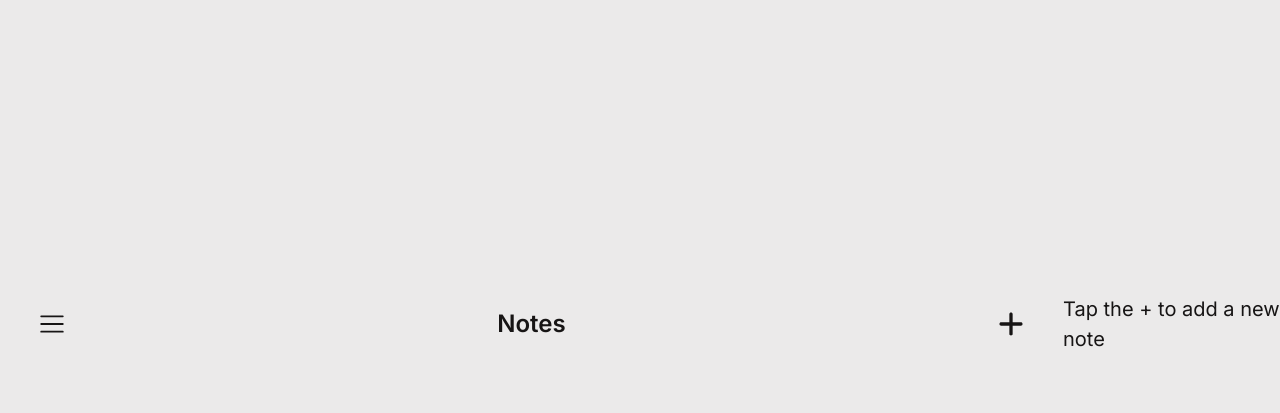
Repository: IdaHolmen/notes
Page: index.html
An editor plug-in stored every save of this project. The page is shown before and after the next save, followed by the edit.
The browser window is 1280 px wide. The pictures show the whole page.

Above is the page before, as saved 2024-10-27 18:42:09.

### index.html
<!DOCTYPE html>
<html lang="en">
    <head>
        <meta charset="UTF-8" />
        <meta name="viewport" content="width=device-width, initial-scale=1.0" />
        <title>Notes</title>

        <link rel="stylesheet" href="./css/reset.css" />
        <link rel="stylesheet" href="./css/style.css" />
    </head>
    <body>
        <main class="main-container">
            <section class="default-container">
                <header class="notes-header">
                    <button class="hamburger-button header-buttons">
                        <img src="./assets/hamburger.svg" alt="Hamburger menu" class="hamburger-image header-images" />
                    </button>
                    <h1 class="headline">Notes</h1>
                    <button class="add-notes-button header-buttons">
                        <img
                            src="./assets/plus.svg"
                            alt="A plus sign to add notes"
                            class="add-notes-image header-images"
                        />
                    </button>
                </header>
                <div class="deafult-text-container">
                    <p class="default-text">Tap the + to add a new note</p>
                </div>
            </section>

            <section class="hamburger-menu">
                <div class="hamburger-header">
                    <h2 class="headline">Settings</h2>
                    <button class="exit-button header-buttons">
                        <img src="./assets/exit.svg" alt="Exit button" class="exit-image" />
                    </button>
                </div>

                <div class="hamburger-main-container">
                    <div class="mode-container">
                        <p class="mode-text">Light mode</p>

                        <label class="switch">
                            <input type="checkbox" />
                            <span class="slider round"></span>
                        </label>

                        <p class="mode-text">Dark mode</p>
                    </div>
                </div>
            </section>
        </main>
        <script src="app.js"></script>
    </body>
</html>

### css/reset.css
*, *::before, *::after {
	box-sizing: border-box;
  }

* {
	margin: 0;
	padding: 0;
}

body {
	line-height: 1.5;
	-webkit-font-smoothing: antialiased;
}

img, picture, video, canvas, svg {
	display: block;
	max-width: 100%;
}

input, textarea, select {
	font: inherit;
}

p, h1, h2, h3, h4, h5, h6 {
	overflow-wrap: break-word;
}

#root, #__next {
	isolation: isolate;
}

button {
	font: inherit;
	background: transparent;
	border: none;
	cursor: pointer;
	touch-action: manipulation;
}

a {
	color: inherit;
	text-decoration: none;
}

### css/style.css
@import url('https://fonts.googleapis.com/css2?family=Inter:ital,opsz,wght@0,14..32,100..900;1,14..32,100..900&display=swap');

:root {
    --primary-color: #ebeaea;
    --secondary-color: #171515;
    --dark-card-color: #3c3c3c;
    --light-card-color: #f0edc7;
}

body {
    width: 100%;
    height: 100vh;
    background-color: var(--primary-color);
    color: var(--secondary-color);
    font-family: 'Inter';
}

.notes-header {
    width: 100%;
    height: 10%;
    display: flex;
    flex-direction: row;
    align-items: center;
    justify-content: space-between;
    padding: 1rem 2rem;
}

.headline {
    font-size: 1.5rem;
    font-weight: 600;
}

.header-buttons {
    width: 2.5rem;
    height: 2.5rem;
    border-radius: 50%;
    display: flex;
    justify-content: center;
    align-items: center;
}

.header-buttons:hover {
    background-color: #d9d9d9;
}

.header-buttons:active {
    background-color: #a5a5a5;
}

.header-images {
    width: 1.5rem;
    height: 1.5rem;
}

.main-container {
    width: 100%;
    height: 90%;
}

.default-container {
    width: 100%;
    height: 100%;
    display: flex;
    justify-content: center;
    align-items: center;
}

.default-text {
    font-size: 1.25rem;
}

/* ------------ HAMBURGER MENU ------------  */
.hamburger-menu {
    width: 100%;
    height: 100vh;
    display: none;
    flex-direction: column;
}

.hamburger-header {
    width: 100%;
    height: 10%;
    display: flex;
    flex-direction: row;
    align-items: center;
    justify-content: space-between;
    padding: 1rem 2rem;
}

.exit-image {
    width: 1.25rem;
    height: 1.25rem;
}

.hamburger-main-container {
    width: 100%;
    height: 90%;
}

.mode-container {
    width: 100%;
    padding: 2rem;
    display: flex;
    flex-direction: row;
    justify-content: space-between;
    align-items: center;
}

.mode-text {
    font-size: 1.25rem;
}

.switch {
    width: 3.75rem;
    height: 2rem;
    border-radius: 2rem;
    border: 1px solid var(--secondary-color);
    display: inline-block;
    position: relative;
}

.switch input {
    opacity: 0;
    width: 0;
    height: 0;
}

.slider {
    position: absolute;
    cursor: pointer;
    top: 0;
    left: 0;
    right: 0;
    bottom: 0;
    background-color: var(--dark-card-color);
    -webkit-transition: 0.4s;
    transition: 0.4s;
}

.slider:hover {
    background: #595959;
}

.slider:before {
    position: absolute;
    content: '';
    height: 1.5rem;
    width: 1.5rem;
    left: 3px;
    bottom: 3px;
    background-color: var(--primary-color);
    -webkit-transition: 0.4s;
    transition: 0.4s;
}

input:checked + .slider {
    background-color: var(--dark-card-color);
}

input:checked + .slider:before {
    -webkit-transform: translateX(1.75rem);
    -ms-transform: translateX(1.75rem);
    transform: translateX(1.75rem);
}

.slider.round {
    border-radius: 2.125rem;
}

.slider.round:before {
    border-radius: 50%;
}

### app.js
// FETCHING ELEMENTS FROM THE DOM
const hamburgerButton = document.querySelector('.hamburger-button');
const exitButton = document.querySelector('.exit-button');
const defaultHeader = document.querySelector('.default-header');
const defaultContainer = document.querySelector('.default-container');
const hamburgerMenu = document.querySelector('.hamburger-menu');

// EVENT LISTENERS
hamburgerButton.addEventListener('click', ()=> {


});

exitButton.addEventListener('click', ()=> {
  console.log('Exit Button clicked');

});

After the next save:
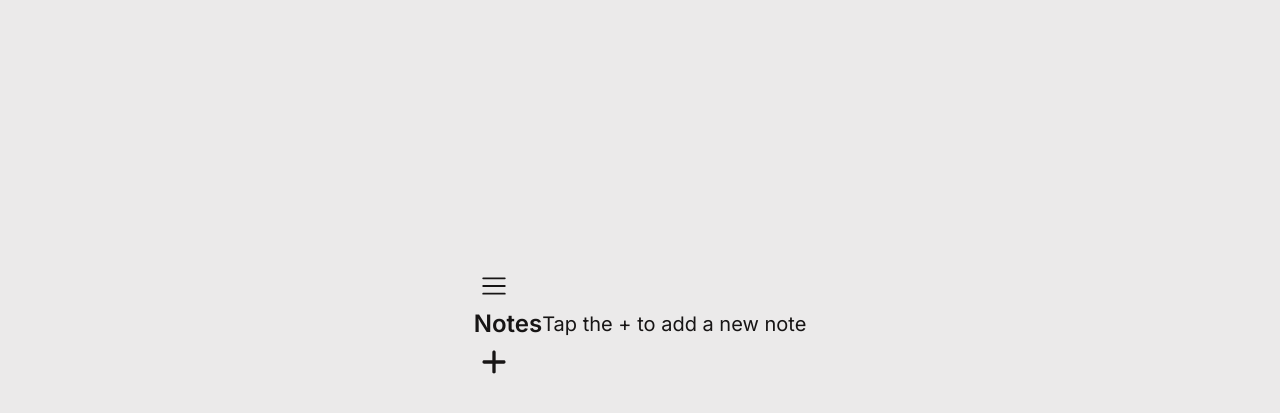
Saved 2 s later.
--- a/css/style.css
+++ b/css/style.css
@@ -15,7 +15,7 @@ body {
     font-family: 'Inter';
 }
 
-.notes-header {
+.default-header {
     width: 100%;
     height: 10%;
     display: flex;

After the save that followed:
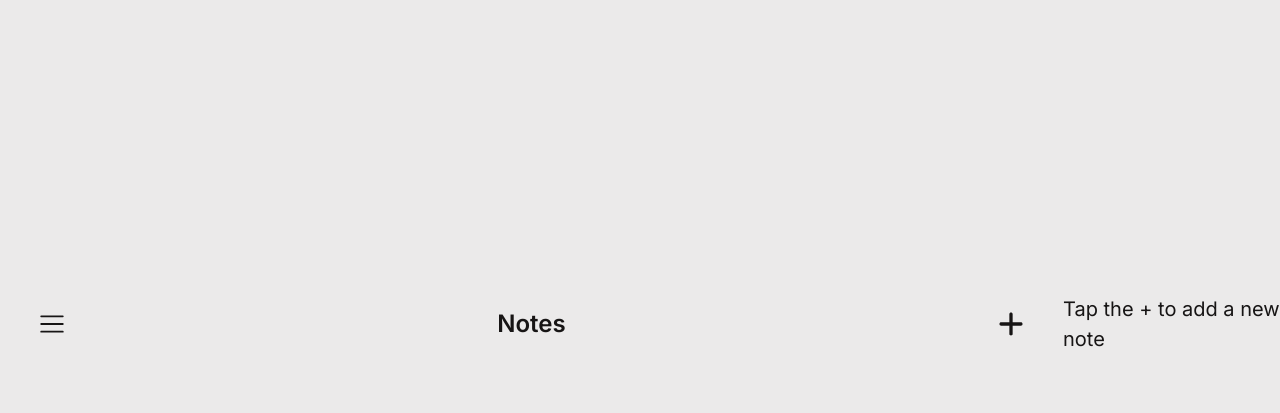
Saved 3 s later.
--- a/index.html
+++ b/index.html
@@ -11,7 +11,7 @@
     <body>
         <main class="main-container">
             <section class="default-container">
-                <header class="notes-header">
+                <header class="default-header">
                     <button class="hamburger-button header-buttons">
                         <img src="./assets/hamburger.svg" alt="Hamburger menu" class="hamburger-image header-images" />
                     </button>
@@ -24,6 +24,7 @@
                         />
                     </button>
                 </header>
+
                 <div class="deafult-text-container">
                     <p class="default-text">Tap the + to add a new note</p>
                 </div>
